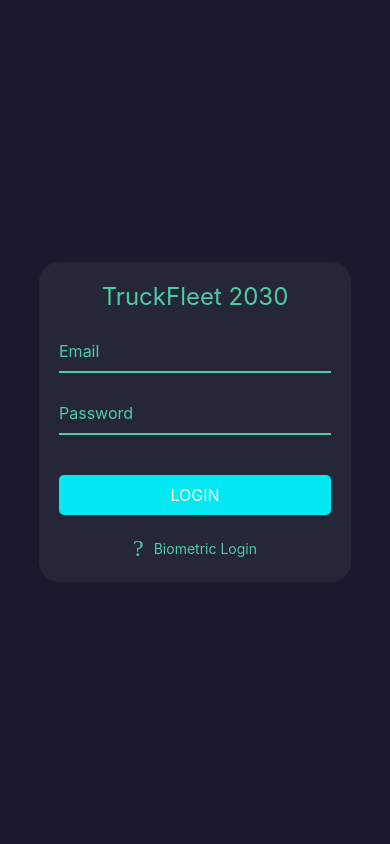
Repository: JordanShackelford/TruckFleet360
Screen: /
An editor plug-in stored every save of this project. The screen is shown before and after the next save, followed by the edit.
The app was drawn by React Native's web renderer in a window 390 px wide. The project was rebuilt for these pictures with package versions that can differ from the ones it lists, and the page was loaded fresh each time. Also part of the build but not shown: src/screens/HomeScreen.js, src/screens/ProfileScreen.js, src/screens/MapScreen.js, src/screens/TripsScreen.js, src/screens/SettingsScreen.js.

Above is the screen before, as saved 2024-07-04 16:29:50.

### App.js
import React from 'react';
import { Text, View } from 'react-native';
import AppNavigator from './src/navigation/AppNavigator';

export default function App() {
  try {
    return <AppNavigator />;
  } catch (error) {
    return (
      <View style={{ flex: 1, justifyContent: 'center', alignItems: 'center' }}>
        <Text>An error occurred: {error.message}</Text>
      </View>
    );
  }
}

### src/navigation/AppNavigator.js
import React from 'react';
import { NavigationContainer } from '@react-navigation/native';
import { createBottomTabNavigator } from '@react-navigation/bottom-tabs';
import { createStackNavigator } from '@react-navigation/stack';

import LoginScreen from '../screens/LoginScreen';
import HomeScreen from '../screens/HomeScreen';
import ProfileScreen from '../screens/ProfileScreen';
import MapScreen from '../screens/MapScreen';
import TripsScreen from '../screens/TripsScreen';
import SettingsScreen from '../screens/SettingsScreen';

const Tab = createBottomTabNavigator();
const Stack = createStackNavigator();

function MainTabNavigator() {
  return (
    <Tab.Navigator>
      <Tab.Screen name="Home" component={HomeScreen} />
      <Tab.Screen name="Map" component={MapScreen} />
      <Tab.Screen name="Trips" component={TripsScreen} />
      <Tab.Screen name="Profile" component={ProfileScreen} />
      <Tab.Screen name="Settings" component={SettingsScreen} />
    </Tab.Navigator>
  );
}

function AppNavigator() {
  return (
    <NavigationContainer>
      <Stack.Navigator>
        <Stack.Screen
          name="Login"
          component={LoginScreen}
          options={{ headerShown: false }}
        />
        <Stack.Screen
          name="Main"
          component={MainTabNavigator}
          options={{ headerShown: false }}
        />
      </Stack.Navigator>
    </NavigationContainer>
  );
}

export default AppNavigator;

### src/screens/LoginScreen.js
import React, { useState } from 'react';
import { View, Text, TextInput, TouchableOpacity, StyleSheet } from 'react-native';
import { FontAwesome } from '@expo/vector-icons';

const mockAuth = (email, password) => {
  return new Promise((resolve, reject) => {
    setTimeout(() => {
      if (email === 'user@example.com' && password === 'password') {
        resolve({ success: true, user: { id: 1, name: 'Test User' } });
      } else {
        reject({ success: false, message: 'Invalid credentials' });
      }
    }, 1000);
  });
};

const LoginScreen = ({ navigation }) => {
  const [email, setEmail] = useState('');
  const [password, setPassword] = useState('');
  const [error, setError] = useState('');
  const [isLoading, setIsLoading] = useState(false);

  const handleSubmit = async () => {
    setError('');
    setIsLoading(true);
    try {
      const result = await mockAuth(email, password);
      if (result.success) {
        console.log('Login successful:', result.user);
        navigation.replace('Main');
      }
    } catch (err) {
      setError(err.message);
    } finally {
      setIsLoading(false);
    }
  };

  return (
    <View style={styles.container}>
      <View style={styles.loginBox}>
        <Text style={styles.title}>TruckFleet 2030</Text>
        <View style={styles.inputGroup}>
          <TextInput
            style={styles.input}
            placeholder="Email"
            placeholderTextColor="#4ecca3"
            value={email}
            onChangeText={setEmail}
          />
        </View>
        <View style={styles.inputGroup}>
          <TextInput
            style={styles.input}
            placeholder="Password"
            placeholderTextColor="#4ecca3"
            value={password}
            onChangeText={setPassword}
            secureTextEntry
          />
        </View>
        {error ? <Text style={styles.errorText}>{error}</Text> : null}
        <TouchableOpacity
          style={[styles.button, isLoading && styles.buttonDisabled]}
          onPress={handleSubmit}
          disabled={isLoading}
        >
          <Text style={styles.buttonText}>
            {isLoading ? 'Logging in...' : 'Login'}
          </Text>
        </TouchableOpacity>
        <TouchableOpacity style={styles.biometricLogin}>
          <FontAwesome name="fingerprint" size={24} color="#4ecca3" />
          <Text style={styles.biometricText}>Biometric Login</Text>
        </TouchableOpacity>
      </View>
    </View>
  );
};

const styles = StyleSheet.create({
  container: {
    flex: 1,
    justifyContent: 'center',
    alignItems: 'center',
    backgroundColor: '#1a1a2e',
  },
  loginBox: {
    width: '80%',
    padding: 20,
    backgroundColor: 'rgba(255, 255, 255, 0.05)',
    borderRadius: 20,
    alignItems: 'center',
  },
  title: {
    fontSize: 24,
    color: '#4ecca3',
    marginBottom: 20,
  },
  inputGroup: {
    width: '100%',
    marginBottom: 20,
  },
  input: {
    borderBottomWidth: 2,
    borderBottomColor: '#4ecca3',
    color: '#fff',
    paddingVertical: 10,
    fontSize: 16,
  },
  button: {
    backgroundColor: '#03e9f4',
    padding: 10,
    borderRadius: 5,
    width: '100%',
    alignItems: 'center',
    marginTop: 20,
  },
  buttonText: {
    color: '#fff',
    fontSize: 16,
    textTransform: 'uppercase',
  },
  biometricLogin: {
    flexDirection: 'row',
    alignItems: 'center',
    marginTop: 20,
  },
  biometricText: {
    color: '#4ecca3',
    marginLeft: 10,
  },
  errorText: {
    color: '#ff0033',
    marginBottom: 10,
  },
  buttonDisabled: {
    backgroundColor: '#cccccc',
  },
});

export default LoginScreen;

After the next save:
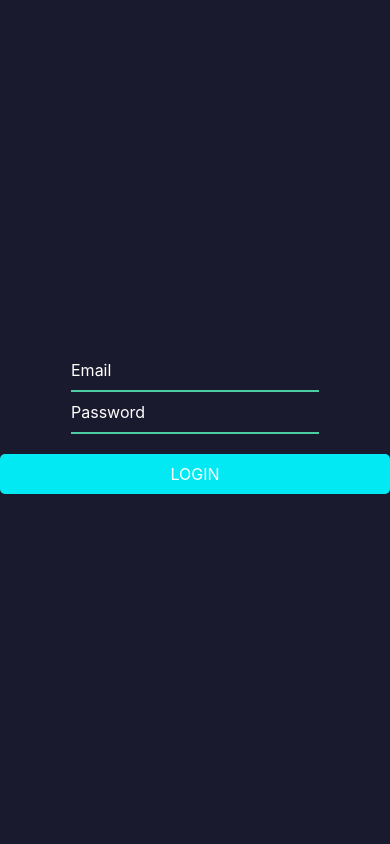
Saved 60 s later.
--- a/src/screens/LoginScreen.js
+++ b/src/screens/LoginScreen.js
@@ -1,36 +1,34 @@
 import React, { useState } from 'react';
-import { View, Text, TextInput, TouchableOpacity, StyleSheet } from 'react-native';
-import { FontAwesome } from '@expo/vector-icons';
+import { View, Text, TextInput, TouchableOpacity, StyleSheet, Alert } from 'react-native';
 
-const mockAuth = (email, password) => {
-  return new Promise((resolve, reject) => {
-    setTimeout(() => {
-      if (email === 'user@example.com' && password === 'password') {
-        resolve({ success: true, user: { id: 1, name: 'Test User' } });
-      } else {
-        reject({ success: false, message: 'Invalid credentials' });
-      }
-    }, 1000);
-  });
-};
+const API_URL = 'http://172.20.10.3:3000'; // Your backend IP and port
 
 const LoginScreen = ({ navigation }) => {
   const [email, setEmail] = useState('');
   const [password, setPassword] = useState('');
-  const [error, setError] = useState('');
   const [isLoading, setIsLoading] = useState(false);
 
-  const handleSubmit = async () => {
-    setError('');
+  const handleLogin = async () => {
     setIsLoading(true);
     try {
-      const result = await mockAuth(email, password);
-      if (result.success) {
-        console.log('Login successful:', result.user);
-        navigation.replace('Main');
+      const response = await fetch(`${API_URL}/api/login`, {
+        method: 'POST',
+        headers: {
+          'Content-Type': 'application/json',
+        },
+        body: JSON.stringify({ email, password }),
+      });
+      const data = await response.json();
+      if (data.success) {
+        // TODO: Store the token securely
+        console.log('Login successful:', data.token);
+        navigation.replace('Main'); // Navigate to main screen
+      } else {
+        Alert.alert('Login Failed', data.message);
       }
-    } catch (err) {
-      setError(err.message);
+    } catch (error) {
+      console.error('Login error:', error);
+      Alert.alert('Error', 'An unexpected error occurred');
     } finally {
       setIsLoading(false);
     }
@@ -38,45 +36,33 @@ const LoginScreen = ({ navigation }) => {
 
   return (
     <View style={styles.container}>
-      <View style={styles.loginBox}>
-        <Text style={styles.title}>TruckFleet 2030</Text>
-        <View style={styles.inputGroup}>
-          <TextInput
-            style={styles.input}
-            placeholder="Email"
-            placeholderTextColor="#4ecca3"
-            value={email}
-            onChangeText={setEmail}
-          />
-        </View>
-        <View style={styles.inputGroup}>
-          <TextInput
-            style={styles.input}
-            placeholder="Password"
-            placeholderTextColor="#4ecca3"
-            value={password}
-            onChangeText={setPassword}
-            secureTextEntry
-          />
-        </View>
-        {error ? <Text style={styles.errorText}>{error}</Text> : null}
-        <TouchableOpacity
-          style={[styles.button, isLoading && styles.buttonDisabled]}
-          onPress={handleSubmit}
-          disabled={isLoading}
-        >
-          <Text style={styles.buttonText}>
-            {isLoading ? 'Logging in...' : 'Login'}
-          </Text>
-        </TouchableOpacity>
-        <TouchableOpacity style={styles.biometricLogin}>
-          <FontAwesome name="fingerprint" size={24} color="#4ecca3" />
-          <Text style={styles.biometricText}>Biometric Login</Text>
-        </TouchableOpacity>
-      </View>
+      <TextInput
+        style={styles.input}
+        placeholder="Email"
+        value={email}
+        onChangeText={setEmail}
+        autoCapitalize="none"
+      />
+      <TextInput
+        style={styles.input}
+        placeholder="Password"
+        value={password}
+        onChangeText={setPassword}
+        secureTextEntry
+      />
+      <TouchableOpacity
+        style={styles.button}
+        onPress={handleLogin}
+        disabled={isLoading}
+      >
+        <Text style={styles.buttonText}>
+          {isLoading ? 'Logging in...' : 'Login'}
+        </Text>
+      </TouchableOpacity>
     </View>
   );
 };
+
 
 const styles = StyleSheet.create({
   container: {
